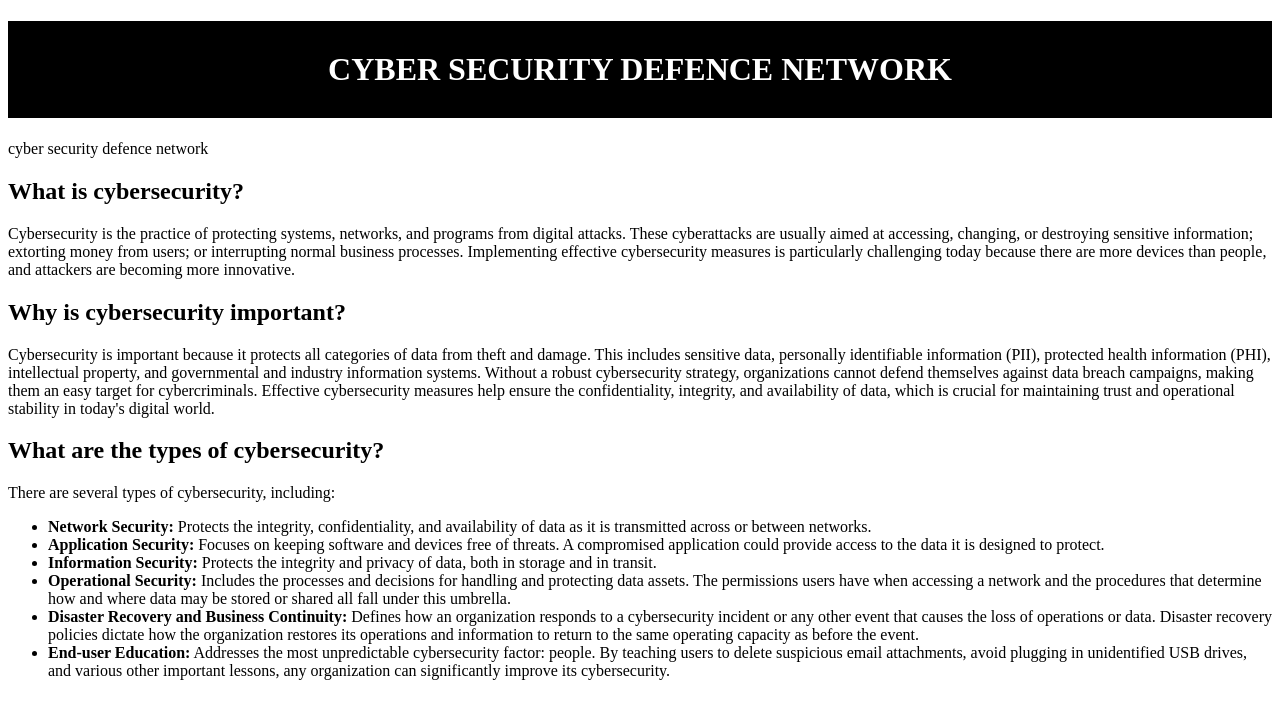
Repository: newworldhost/nwh
Page: index.html
These files come from the project's save history. The page is drawn as it stood at one moment and after the next save; the edit follows.
The browser window is 1280 px wide. The pictures show the whole page.

Above is the page before, as saved 2025-03-04 15:40:42.

After the next save:
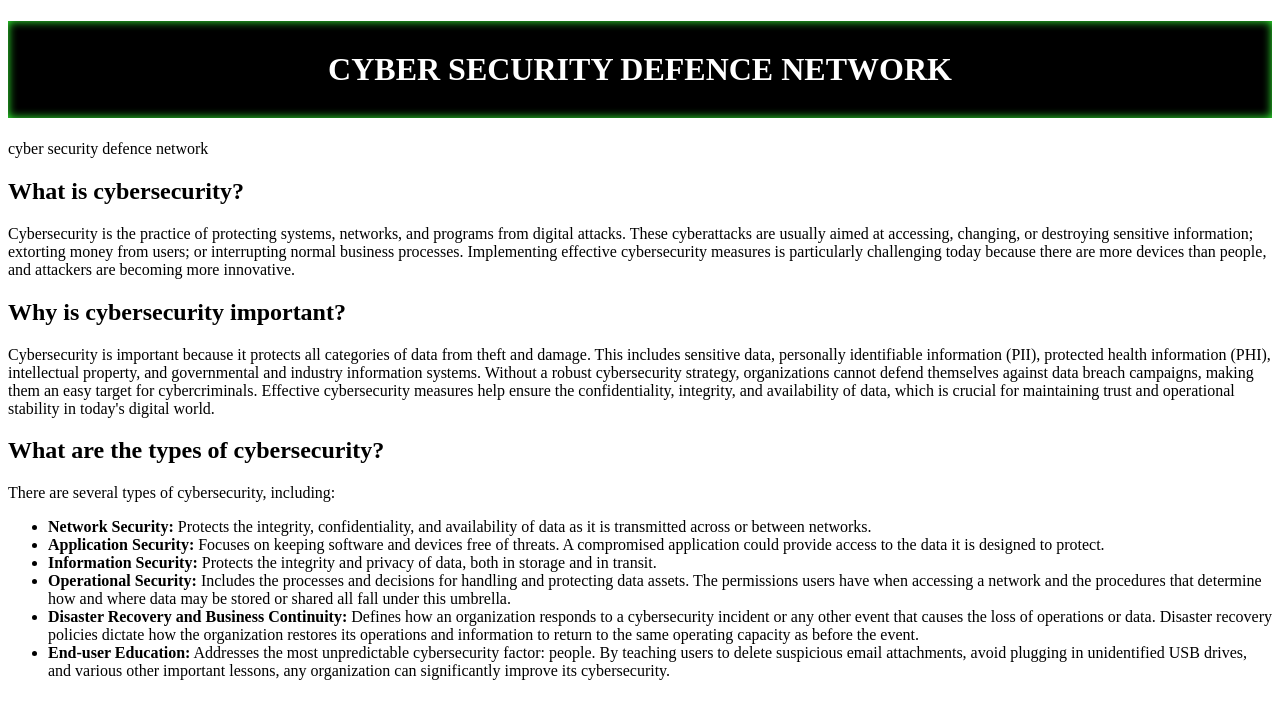
Saved 5 s later.
--- a/style.css
+++ b/style.css
@@ -4,5 +4,5 @@ h1 {
     color:white;
     padding:30px;
     text-transform: uppercase;
-    box-shadow: inset 0 0 10px #;
+    box-shadow: inset 0 0 10px #33ff33;
 }
